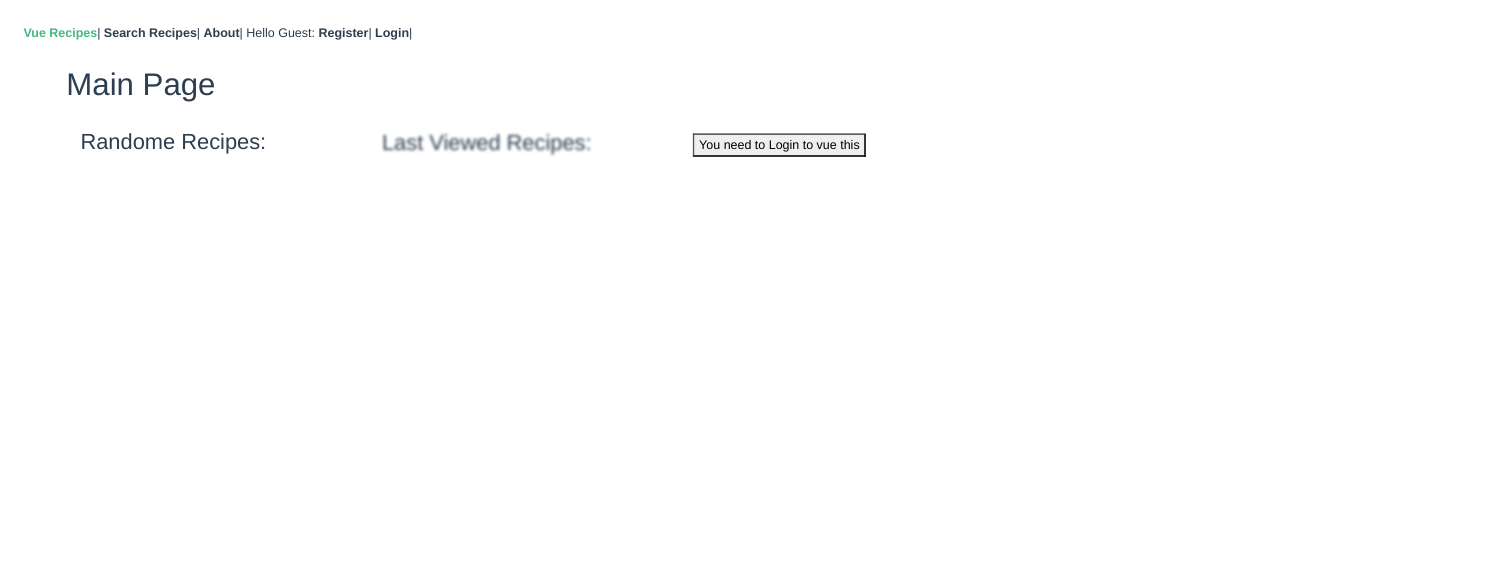
Repository: chenshor/cooking-site
Page: /
The author's editor kept a copy of each file at every save. The page is drawn from the files as they stood at one save, then again after the next save.
The browser window is 1280 px wide. The page is 1280 px wide, then 2338 px, so the pictures cover 1920 px, including what lies to the right of the window. The pictures show the whole page, at 78% of full size.
The page's requests for data from a server got no answer. The project was rebuilt for these pictures with package versions that can differ from the ones it lists, and the page was loaded fresh each time. No one was signed in, and anything a server would have sent is missing. Also part of the build but not shown: vue.config.js, src/components/RecipePreview.vue, src/pages/NotFoundPage.vue, src/assets/cuisine.js, src/assets/diet.js, src/assets/intolerance.js, src/pages/SearchPage.vue, src/pages/RecipePage.vue and 5 more.

Above is the page before, as saved 2020-06-16 23:08:48.

### index.html
<!DOCTYPE html>
<html lang="en">
  <head>
    <meta charset="utf-8" />
    <meta http-equiv="X-UA-Compatible" content="IE=edge" />
    <meta
      name="viewport"
      content="width=device-width,initial-scale=1.0,shrink-to-fit=no"
    />
    <link rel="icon" href="<%= BASE_URL %>favicon.ico" />
    <title><%= htmlWebpackPlugin.options.title %></title>
  </head>
  <body>
    <noscript>
      <strong
        >We're sorry but <%= htmlWebpackPlugin.options.title %> doesn't work
        properly without JavaScript enabled. Please enable it to
        continue.</strong
      >
    </noscript>
    <div id="app"></div>
    <!-- built files will be auto injected -->
  </body>
</html>

### src/main.js
import Vue from "vue";
import App from "./App.vue";
import VueAxios from "vue-axios";
import axios from "axios";

import routes from "./routes";
import VueRouter from "vue-router";
Vue.use(VueRouter);
const router = new VueRouter({
  routes,
});

import Vuelidate from "vuelidate";
import "bootstrap/dist/css/bootstrap.css";
import "bootstrap-vue/dist/bootstrap-vue.css";
import {
  FormGroupPlugin,
  FormPlugin,
  FormInputPlugin,
  ButtonPlugin,
  CardPlugin,
  NavbarPlugin,
  FormSelectPlugin,
  AlertPlugin,
  ToastPlugin,
  LayoutPlugin,
} from "bootstrap-vue";
[
  FormGroupPlugin,
  FormPlugin,
  FormInputPlugin,
  ButtonPlugin,
  CardPlugin,
  NavbarPlugin,
  FormSelectPlugin,
  AlertPlugin,
  ToastPlugin,
  LayoutPlugin,
].forEach((x) => Vue.use(x));
Vue.use(Vuelidate);

axios.interceptors.request.use(
  function(config) {
    // Do something before request is sent
    return config;
  },
  function(error) {
    // Do something with request error
    return Promise.reject(error);
  }
);

// Add a response interceptor
axios.interceptors.response.use(
  function(response) {
    // Do something with response data
    return response;
  },
  function(error) {
    // Do something with response error
    return Promise.reject(error);
  }
);

Vue.use(VueAxios, axios);

Vue.config.productionTip = false;

const shared_data = {
  username: localStorage.username,
  login(username) {
    localStorage.setItem("username", username);
    this.username = username;
    console.log("login", this.username);
  },
  logout() {
    console.log("logout");
    localStorage.removeItem("username");
    this.username = undefined;
  },
};
console.log(shared_data);
// Vue.prototype.$root.store = shared_data;

new Vue({
  router,
  data() {
    return {
      store: shared_data,
    };
  },
  methods: {
    toast(title, content, variant = null, append = false) {
      this.$bvToast.toast(`${content}`, {
        title: `${title}`,
        toaster: "b-toaster-top-center",
        variant: variant,
        solid: true,
        appendToast: append,
        autoHideDelay: 3000,
      });
    },
  },
  render: (h) => h(App),
}).$mount("#app");

### src/App.vue
<template>
  <div id="app">
    <div id="nav">
      <router-link to="/">Vue Recipes</router-link>|
      <router-link to="/search">Search Recipes</router-link>|
      <router-link to="/about">About</router-link>|
      <span v-if="!$root.store.username">
        Hello Guest:
        <router-link to="/register">Register</router-link>|
        <router-link to="/login">Login</router-link>|
      </span>
      <span v-else>
        {{ $root.store.username }}:
        <button @click="Logout">Logout</button>|
      </span>
    </div>
    <router-view />
  </div>
</template>

<script>
export default {
  name: "App",
  methods: {
    async Logout() {
      this.$root.store.logout();
      const response = await this.axios.post(
        "https://ass3-2.herokuapp.com/logout"
      );
      this.$root.toast("Logout", "User logged out successfully", "success");

      this.$router.push("/").catch(() => {
        this.$forceUpdate();
      });
    }
  }
};
</script>

<style lang="scss">
#app {
  font-family: Avenir, Helvetica, Arial, sans-serif;
  -webkit-font-smoothing: antialiased;
  -moz-osx-font-smoothing: grayscale;
  color: #2c3e50;
  min-height: 100vh;
}

#nav {
  padding: 30px;
}

#nav a {
  font-weight: bold;
  color: #2c3e50;
}

#nav a.router-link-exact-active {
  color: #42b983;
}
</style>

### src/routes.js
import Main from "./pages/MainPage";
import NotFound from "./pages/NotFoundPage";
import Search from "./pages/SearchPage";
import Recipe from "./pages/RecipePage";
import Register from "./pages/RegisterPage";
import About from "./pages/AboutPage";
import FamilyRecipes from "./pages/FamilyRecipesPage";

const routes = [
  {
    path: "/",
    name: "main",
    component: Main,
  },
  {
    path: "/login",
    name: "login",
    component: () => import("./pages/LoginPage"),
  },
  {
    path: "*",
    name: "notFound",
    component: NotFound,
  },
  {
    path: "/search",
    name: "search",
    component: () => import("./pages/SearchPage"),
  },
  {
    path: "/recipe:recipeId",
    name: "recipe",
    component: () => import("./pages/RecipePage"),
  },
  {
    path: "/register",
    name: "register",
    component: () => import("./pages/RegisterPage"),
  },
  {
    path: "/about",
    name: "about",
    component: () => import("./pages/AboutPage"),
  },
  {
    path: "/users/FamilyList",
    name: "FamilyRecipes",
    component: () => import("./pages/FamilyRecipesPage"),
  },
];

export default routes;

### src/pages/MainPage.vue
<template>
  <div class="container">
    <h1 class="title">Main Page</h1>
    <div class="grid">
      <div class="random">
        <RecipePreviewList
          title="Randome Recipes"
          class="RandomRecipes center"
        />
      </div>
      <div class="lastview">
        <RecipePreviewList
          title="Last Viewed Recipes"
          :class="{
            RandomRecipes: true,
            blur: !$root.store.username,
            center: true,
          }"
          disabled
        >
        </RecipePreviewList>
      </div>
      <div class="buttonLogin">
        <router-link v-if="!$root.store.username" to="/login" tag="button"
          >You need to Login to vue this</router-link
        >
      </div>
    </div>
    <!-- <div
      style="position: absolute;top: 70%;left: 50%;transform: translate(-50%, -50%);"
    >
      Centeredasdasdad
    </div> -->
  </div>
</template>

<script>
import RecipePreviewList from "../components/RecipePreviewList";
export default {
  components: {
    RecipePreviewList,
  },
};
</script>

<style lang="scss" scoped>
.RandomRecipes {
  margin: 10px 0 10px;
}
.blur {
  -webkit-filter: blur(5px); /* Safari 6.0 - 9.0 */
  filter: blur(2px);
}
::v-deep .blur .recipe-preview {
  pointer-events: none;
  cursor: default;
}
.grid {
  display: grid;
  grid-template-columns: auto auto;
  grid-template-rows: auto auto;
  grid-gap: 3%;
  height: 100%;
  width: 100%;
}
.random {
  grid-row: 2/-1;
  padding: 1%;
  overflow: auto;
}
.lastview {
  grid-row: 2/-1;
  padding: 1%;
  overflow: auto;
}
.buttonLogin {
  grid-row: 2/-1;
  padding-top: 1%;
  overflow: auto;
  margin-top: 5%;
}
</style>

### src/components/RecipePreviewList.vue
<template>
  <b-container>
    <h3>
      {{ title }}:
      <slot></slot>
    </h3>
    <b-row>
      <b-col v-for="r in recipes" :key="r.id">
        <RecipePreview class="recipePreview" :recipe="r" />
      </b-col>
    </b-row>
  </b-container>
</template>

<script>
import RecipePreview from "./RecipePreview";
export default {
  name: "RecipePreviewList",
  components: {
    RecipePreview,
  },
  props: {
    title: {
      type: String,
      required: true,
    },
  },
  data() {
    return {
      recipes: [],
    };
  },
  mounted() {
    this.updateRecipes();
  },
  methods: {
    async updateRecipes() {
      try {
        ///////////////////////////////////////////////////////////////////// REPLACE!!!!!!!!!!!!!!!!!!!!!!!
        // const response = await this.axios.get(
        //   "https://ass3-2.herokuapp.com/recipes/randomRecipes"
        // );
        //////////////////////////////////////////////////////////////////////////////////
        const response = await this.axios.get(
          "https://test-for-3-2.herokuapp.com/recipes/random"
        );

        console.log(response);
        const recipes = response.data.randomRecipes;

        this.recipes = [];
        this.recipes.push(...recipes);
        // console.log(this.recipes);
      } catch (error) {
        console.log(error);
      }
    },
  },
};
</script>

<style lang="scss" scoped>
.container {
  min-height: 400px;
}
</style>

After the next save:
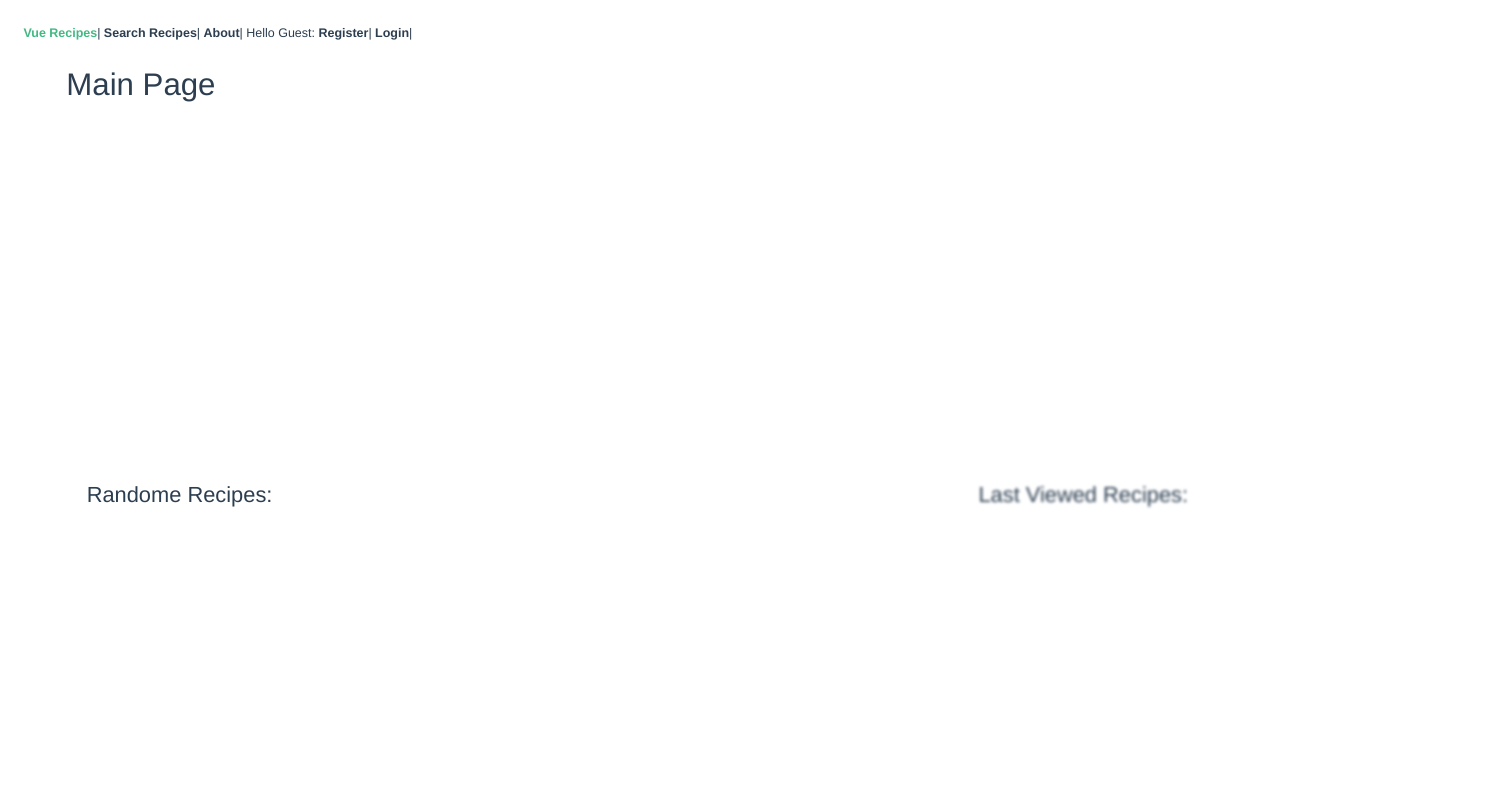
Saved 15 s later.
--- a/src/pages/MainPage.vue
+++ b/src/pages/MainPage.vue
@@ -57,8 +57,8 @@ export default {
 }
 .grid {
   display: grid;
-  grid-template-columns: auto auto;
-  grid-template-rows: auto auto;
+  grid-template-columns: 100% 100%;
+  grid-template-rows: 100% 100%;
   grid-gap: 3%;
   height: 100%;
   width: 100%;
